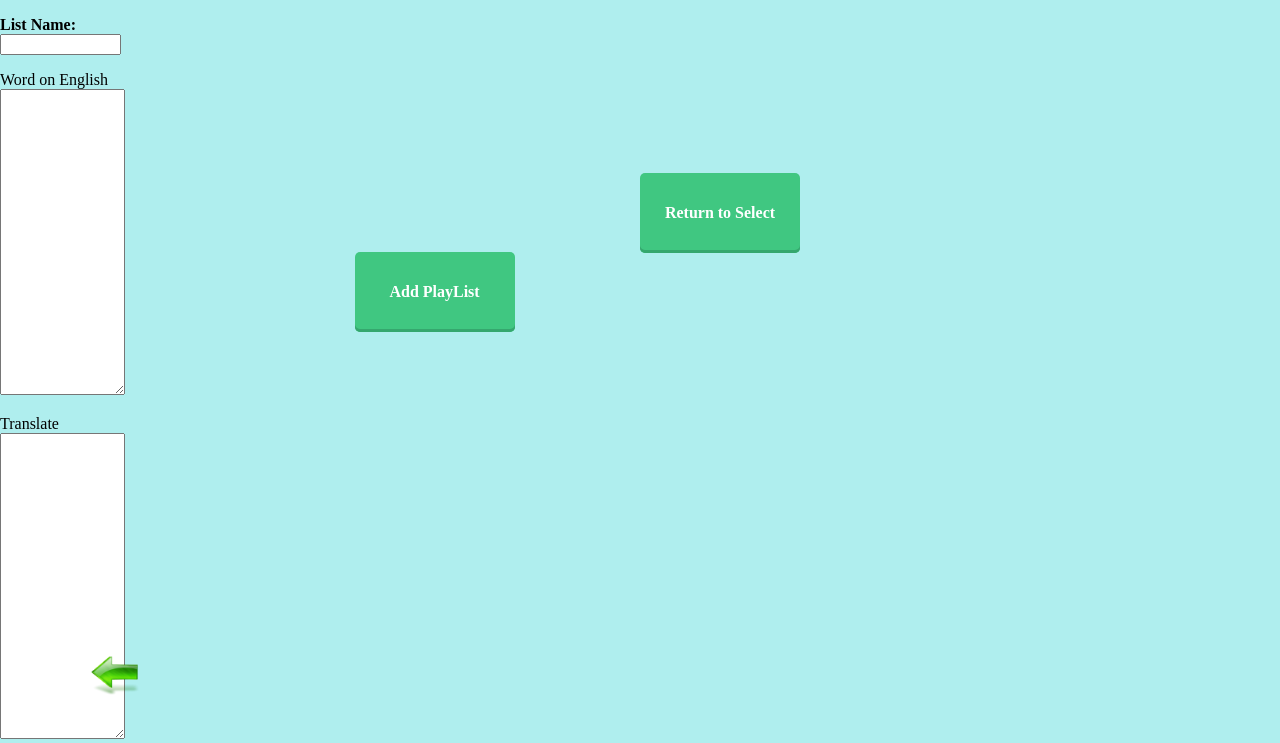
Repository: Artem-Brunov/msu_prac
Page: workspace/BasicUI/NewWithTranslate.html
An editor plug-in stored every save of this project. The page is shown before and after the next save, followed by the edit.
The browser window is 1280 px wide. The pictures show the whole page.

Above is the page before, as saved 2017-12-26 19:12:37.

After the next save:
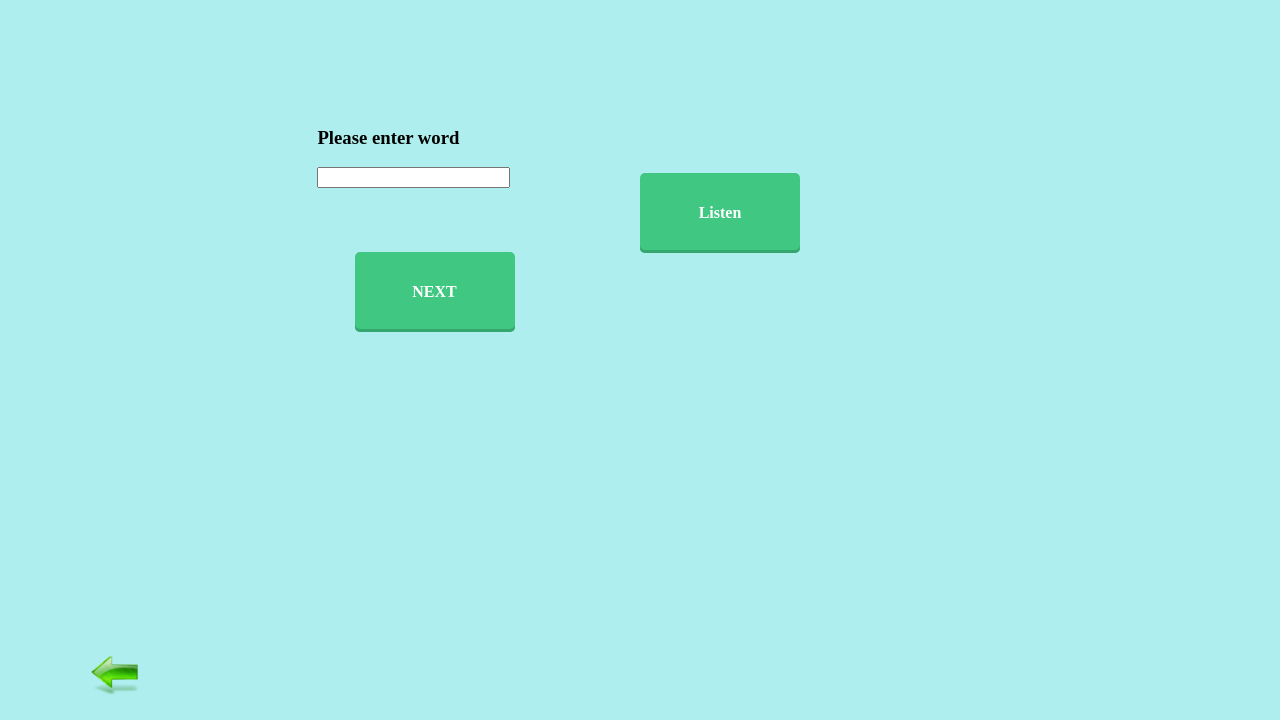
Saved 12 min 19 s later.
--- a/workspace/BasicUI/NewWithTranslate.html
+++ b/workspace/BasicUI/NewWithTranslate.html
@@ -10,31 +10,26 @@
     <link rel="stylesheet" type="text/css" href="css/style.css" />
 </head>
 <body>
-	<form name="Name">
-  		<p><b>List Name:</b><br>
-   			<input type="text" size="12">
+	<div class = "listn">
+	<form name="test">
+  		<h3>Please enter word</h3>
+  		<p>
+   			<input type="text" size="21">
   		</p>
-  	</form>
-  	<form name = "Eng">
-  		<p>Word on English<br>
-  			<textarea cols = "13" rows = "20" wrap = "hard" name = "EngW"></textarea>
-  		</p>
-  	</form>
-  	<form name = "Trnslt">
-  		<p>Translate<br>
-  			 <textarea cols = "13" rows = "20" wrap = "hard" name = "Transl"></textarea>
-  		</p>
+
+
  	</form>
-
+</div>
+	<div class = "Add">
+		<a href = "#" onClick = "ADD_WORD()" class = "first_button">NEXT</a>
+	</div>
 	<div class = "Return">
-		<a href = "index.html" class = "first_button">Return to Select</a>
-	</div>
-	<div class = "Add">
-		<a href = ""  onClick = "" class = "first_button">Add PlayList</a>
+		<a href = "PLAY"  class = "first_button">Listen</a>
 	</div>
 	<div class = "BBack">
-			<a href = "NewSettings.html"><img src="images/Back.png" width="50"
+			<a href = "index.html"><img src="images/Back.png" width="50"
   height="50" alt="One step back"></a>
+	</div>
 	</div>
 </body>
 </html>
